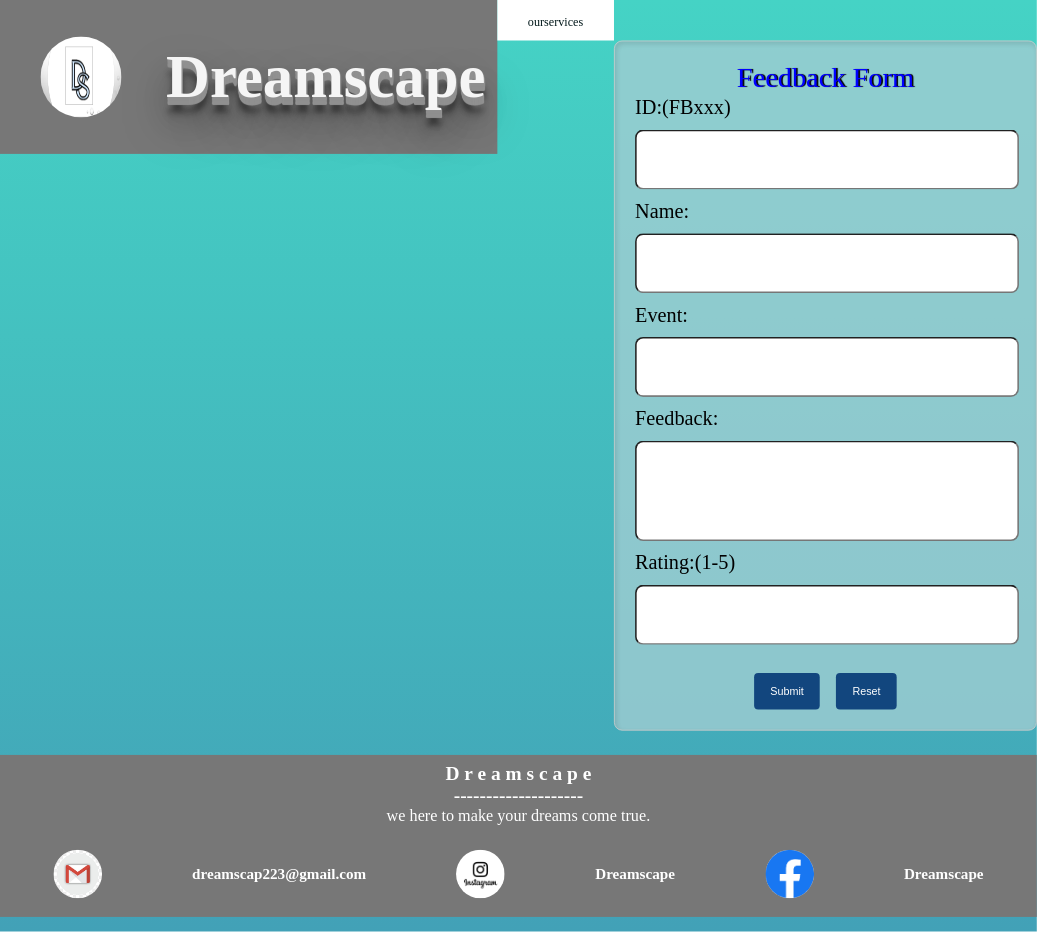
Repository: Dulankayapa/2ndyearoopprojrct
Page: http://localhost/feedback/fform.jsp
An editor plug-in stored every save of this project. The page is shown before and after the next save, followed by the edit.
The browser window is 1280 px wide. The page is 1280 px wide, then 1310 px, so the pictures cover 1310 px, including what lies to the right of the window. The pictures show the whole page, at 81% of full size.
The page is served by Tomcat 9.

Above is the page before, as saved 2023-10-23 03:29:05.

After the next save:
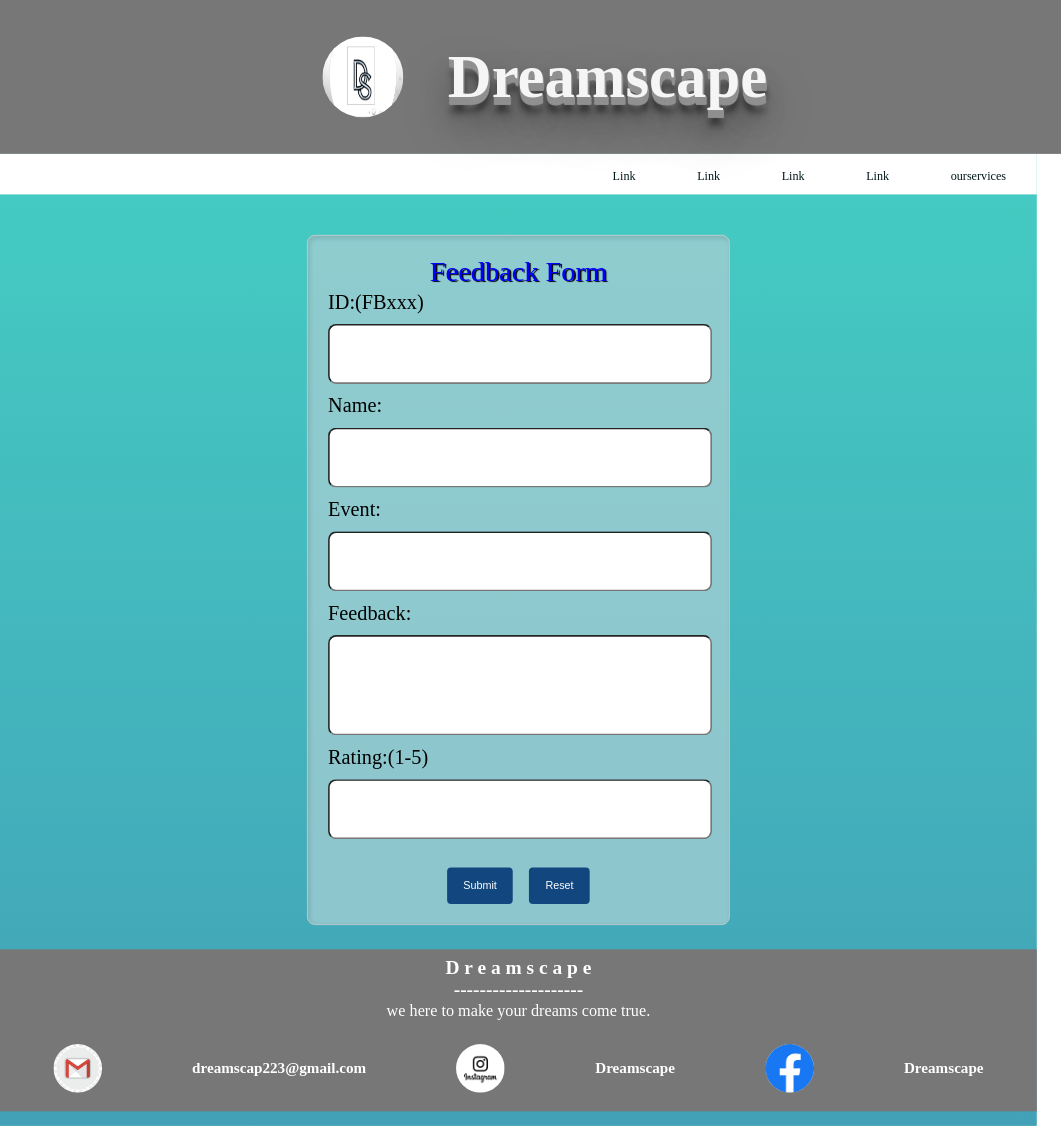
Saved 44 s later.
--- a/feedback/src/main/webapp/fform.jsp
+++ b/feedback/src/main/webapp/fform.jsp
@@ -93,6 +93,8 @@ h1 {
 .maincon {
 	display: flex;
 	justify-content: center;
+	margin: 0;
+	padding: 0;
 }
 
 .container {
@@ -181,7 +183,6 @@ footer p {
 </style>
 </head>
 <body>
-<div class="maincon">
 	<div class="header">
 		<img class="imge" src="logo1.png" width="100px" height="100px">
 		<h2>Dreamscape</h2>
@@ -191,7 +192,7 @@ footer p {
 			href="#">Link</a> <a href="#">Link</a>
 	</div>
 
-
+	<div class="maincon">
 		<div class="container">
 
 			<p
